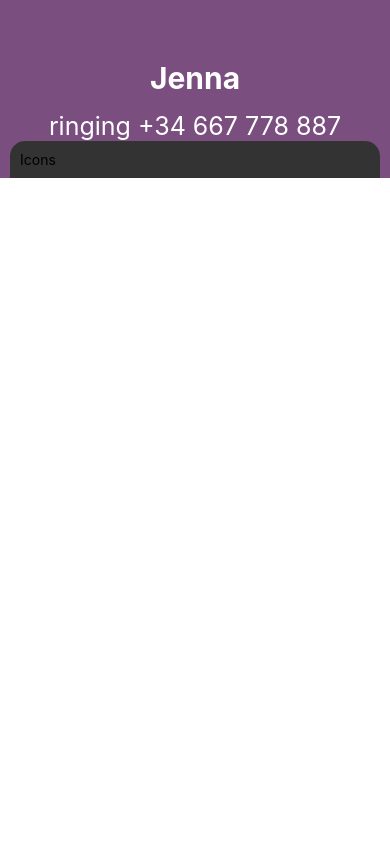
Repository: JennaFi/VideoCallApp
Screen: /
These files come from the project's save history. The screen is drawn as it stood at one moment and after the next save; the edit follows.
The app was drawn by React Native's web renderer in a window 390 px wide. The project was rebuilt for these pictures with package versions that can differ from the ones it lists, and the page was loaded fresh each time.

Above is the screen before, as saved 2022-01-11 23:48:49.

### App.js
/**
 * Sample React Native App
 * https://github.com/facebook/react-native
 *
 * @format
 * @flow strict-local
 */


import React from 'react';
import {
  SafeAreaView, StatusBar
} from 'react-native';
import CallingScreen from './src/screens/CallingScreen/index';




const App = () => {


  return (
    <SafeAreaView >
      <StatusBar barStyle={'dark-content'} />

      {/* <ContactsScreen /> */}
      <CallingScreen />

    </SafeAreaView>
  )
}



export default App

### src/screens/CallingScreen/index.js
import React from 'react'
import { StyleSheet, Text, View } from 'react-native'

const CallingScreen = () => {
  return (
    <View style={styles.page}>
      <View style={styles.cameraPreview}>
        <Text style={styles.name}>Jenna</Text>
        <Text style={styles.phoneNumber}>ringing +34 667 778 887</Text>

        <View style={styles.buttonsContainer}>
          <Text>Icons</Text>
        </View>

      </View>


    </View>)
}



const styles = StyleSheet.create({
  page: {
    height: '100%'

  },
  cameraPreview: {
    backgroundColor: '#7b4e80',
    flex: 1,
    alignItems: 'center',
    paddingTop: 10,
    paddingHorizontal: 10


  },
  name: {
    fontSize: 30,
    fontWeight: 'bold',
    color: 'white',
    marginTop: 50,
    marginBottom: 15


  },
  phoneNumber: {
    fontSize: 25,
    color: 'white'

  },
  buttonsContainer: {

    backgroundColor: '#333333',
    padding: 10,
    borderTopLeftRadius: 15,
    borderTopRightRadius: 15,
    width: '100%',
    marginTop: 'auto'
  }
})

export default CallingScreen

After the next save:
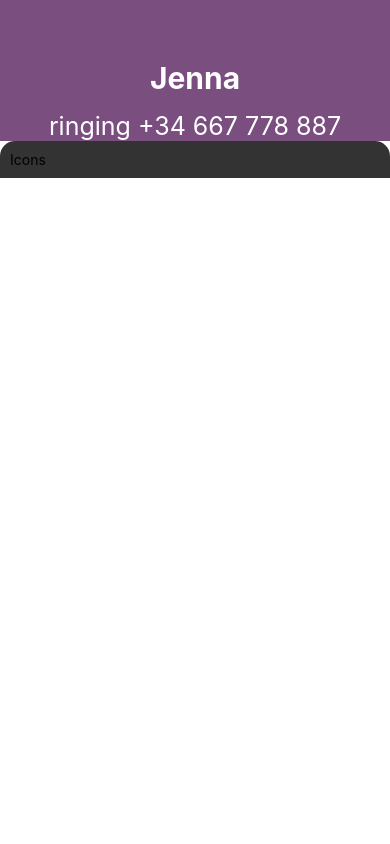
Saved 94 s later.
--- a/src/screens/CallingScreen/index.js
+++ b/src/screens/CallingScreen/index.js
@@ -7,12 +7,10 @@ const CallingScreen = () => {
       <View style={styles.cameraPreview}>
         <Text style={styles.name}>Jenna</Text>
         <Text style={styles.phoneNumber}>ringing +34 667 778 887</Text>
-
-        <View style={styles.buttonsContainer}>
+      </View>
+       <View style={styles.buttonsContainer}>
           <Text>Icons</Text>
         </View>
-
-      </View>
 
 
     </View>)
